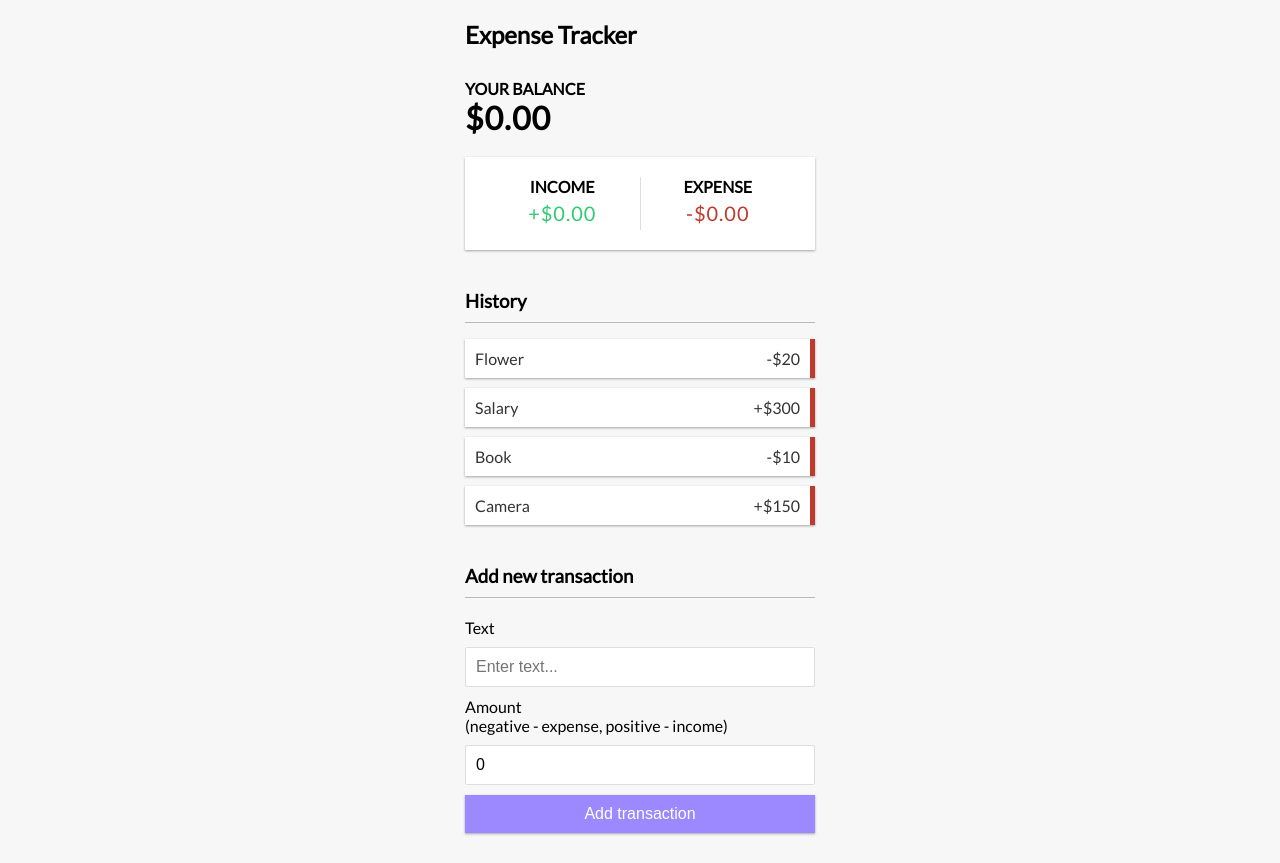
Repository: Adel-Abdallah/ex-tracker
Page: /
An editor plug-in stored every save of this project. The page is shown before and after a run of saves, followed by the edit.
The browser window is 1280 px wide. The pictures show the whole page.
The project was rebuilt for these pictures with package versions that can differ from the ones it lists, and the page was loaded fresh each time. Imported but missing from the stored project, and not drawn on this page: src/context/AppReducer.

Above is the page before, as saved 2020-10-25 09:33:34.

After the next 3 saves:
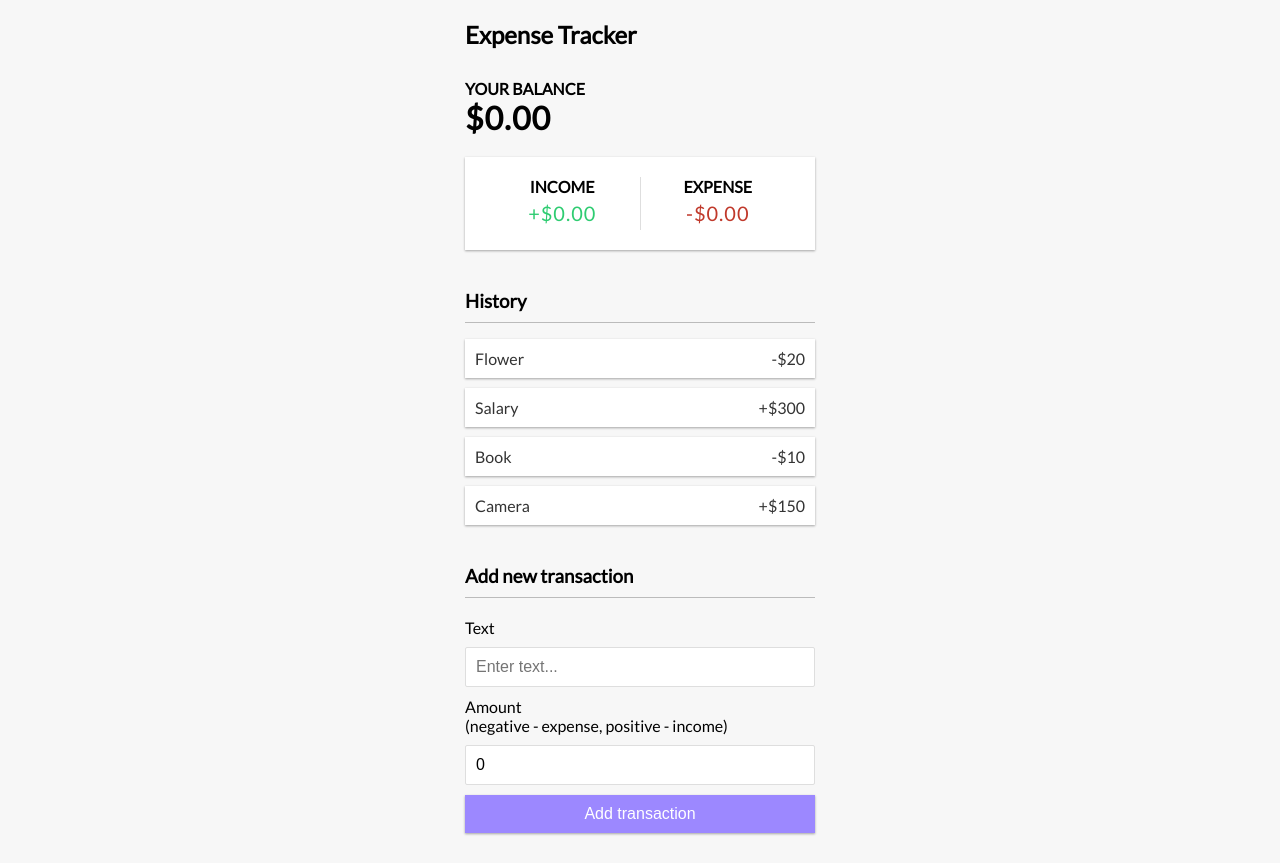
The 3 saves are shown as one change because 2 did not build or start.
The last was saved 60 s later.
--- a/src/components/Transaction.jsx
+++ b/src/components/Transaction.jsx
@@ -3,7 +3,7 @@ import React from "react";
 const Transaction = ({transaction}) => {
     const sign = transaction.amount < 0 ? "-" : "+";
   return (
-    <li className='minus'>
+    <li className={transaction}>
       {transaction.text} <span>{sign}${Math.abs(transaction.amount)}</span>
       <button className='delete-btn'>x</button>
     </li>
